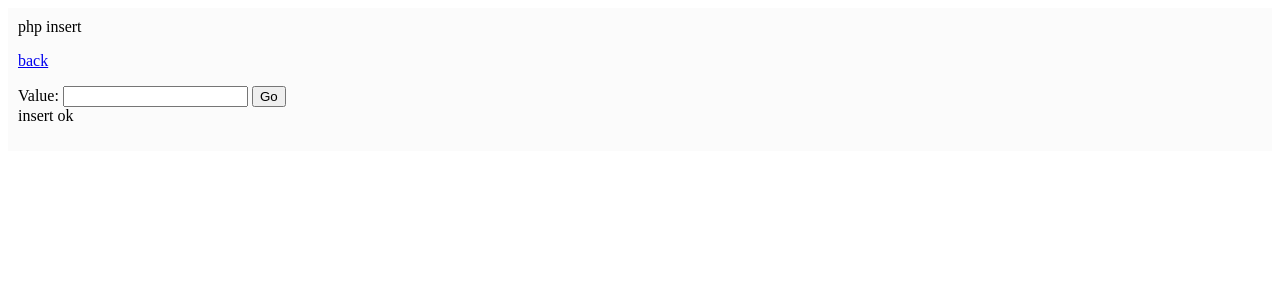
Repository: githubnorm/privat
Page: http://localhost/source/db_insert.php?i=company
The author's editor kept a copy of each file at every save. The page is drawn from the files as they stood at one save, then again after the next save.
The browser window is 1280 px wide. The pictures show the whole page.
The page is run by PHP 8.4 with error messages shown; the project is at /var/www/html/.

Above is the page before, as saved 2014-08-23 19:42:33.

### php/source/db_insert.php
<?php
	include "db_connection.php";
	include "db_queries.php";
?>
<!DOCTYPE HTML PUBLIC "-//W3C//DTD HTML 4.01 Transitional//EN" "http://www.w3.org/TR/html4/loose.dtd">
<html>
<head>
<title>php db insert</title>
<!--
	<script language="JavaScript" src="test.js"></script>
-->
</head>

<body>
<div id="main" style="margin: 0px; padding: 10px; background-color: #FBFBFB;">
php insert<br>
<p>
<a href="../index.php">back</a><br>

	<form method="post" action="process.php" onSubmit="return ajaxSubmit(this);">
		Value: <input type="text" name="my_value" />
		<input type="submit" name="form_submit" value="Go" />
	</form>

<?php
	$db_results = mysql_query($query_insert_test, $db_connection);
	if($db_results) {
		echo "insert ok";
	} else {
		echo "Insertion failed!";
	}
?>
</p>
</div>
</body>
</html>
<?php
	mysql_close($db_connection);
?>

### php/source/db_connection.php
<?php

	include "db_config.php";

	/* create connection */
	$db_connection=mysql_connect("$host[$db]","$name[$db]","$pw[$db]");

	/* Check connection */
	if ($db_connection) {
		$db_select=mysql_select_db($dbname[$db],$db_connection);
		if (!$db_select) {
			die("database not selected");
		}
	} else {
		die("connection faild");
	}

?>

### php/source/db_config.php
<?php

	$db = "test";
	//$db = "live";

	/*test system*/
	$host['test'] = "localhost";
	$name['test'] = "root";
	$pw['test'] = "";
	$dbname['test'] = "jobsearch_test";

	/*live system*/
	$host['live'] = "db540710562.db.1and1.com";
	$name['live'] = "dbo540710562";
	$pw['live'] = "SQLduke2982";
	$dbname['live'] = "db540710562";

?>

### php/source/db_queries.php
<?php

	$query_companies = "
		SELECT *
		FROM `companies`";

	$query_insert_test = "
		INSERT INTO
			`companies`(`location`, `anfahrt`, `job_ids`, `ratings`)
			VALUES ('Hamburg','U-Bahn','3','3')";

?>

After the next save:
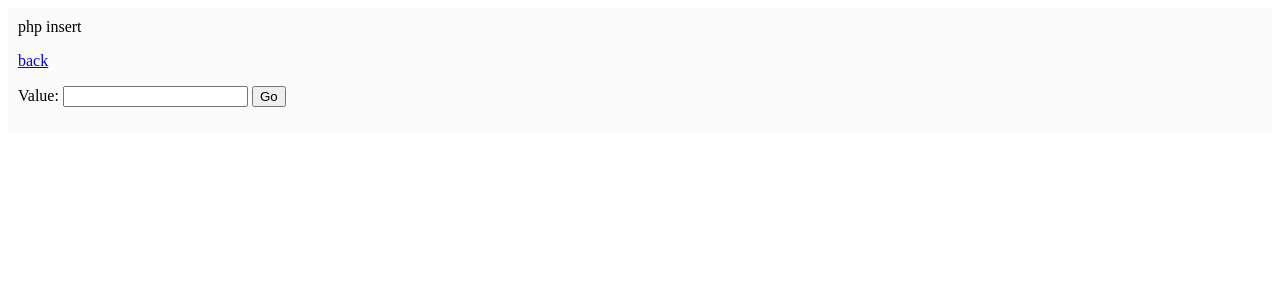
Saved 29 s later.
--- a/php/source/db_insert.php
+++ b/php/source/db_insert.php
@@ -23,12 +23,12 @@ php insert<br>
 	</form>
 
 <?php
-	$db_results = mysql_query($query_insert_test, $db_connection);
-	if($db_results) {
-		echo "insert ok";
-	} else {
-		echo "Insertion failed!";
-	}
+// 	$db_results = mysql_query($query_insert_test, $db_connection);
+// 	if($db_results) {
+// 		echo "insert ok";
+// 	} else {
+// 		echo "Insertion failed!";
+// 	}
 ?>
 </p>
 </div>
